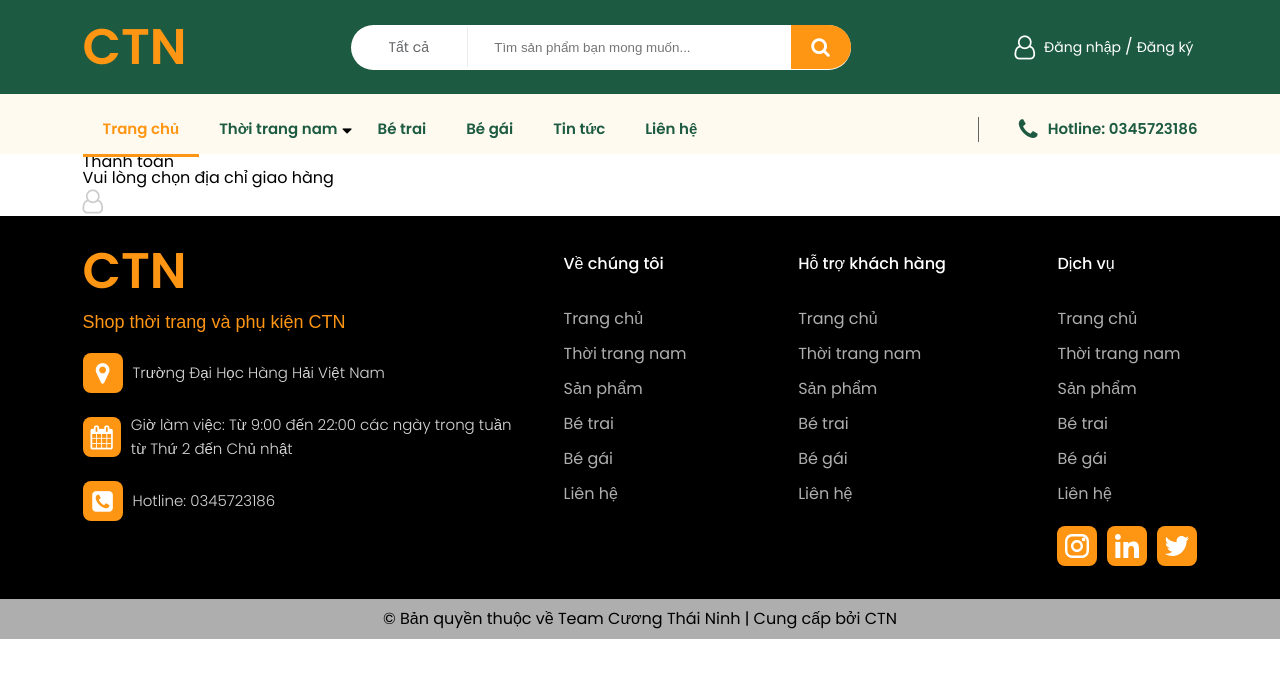
Repository: cuongchua2k2/BaiTapLon-web
Page: deliver.html
These files come from the project's save history. The page is drawn as it stood at one moment and after the next save; the edit follows.
The browser window is 1280 px wide. The pictures show the whole page.

Above is the page before, as saved 2023-12-23 13:38:08.
Console error: TypeError: Cannot read properties of null (reading 'style')

After the next save:
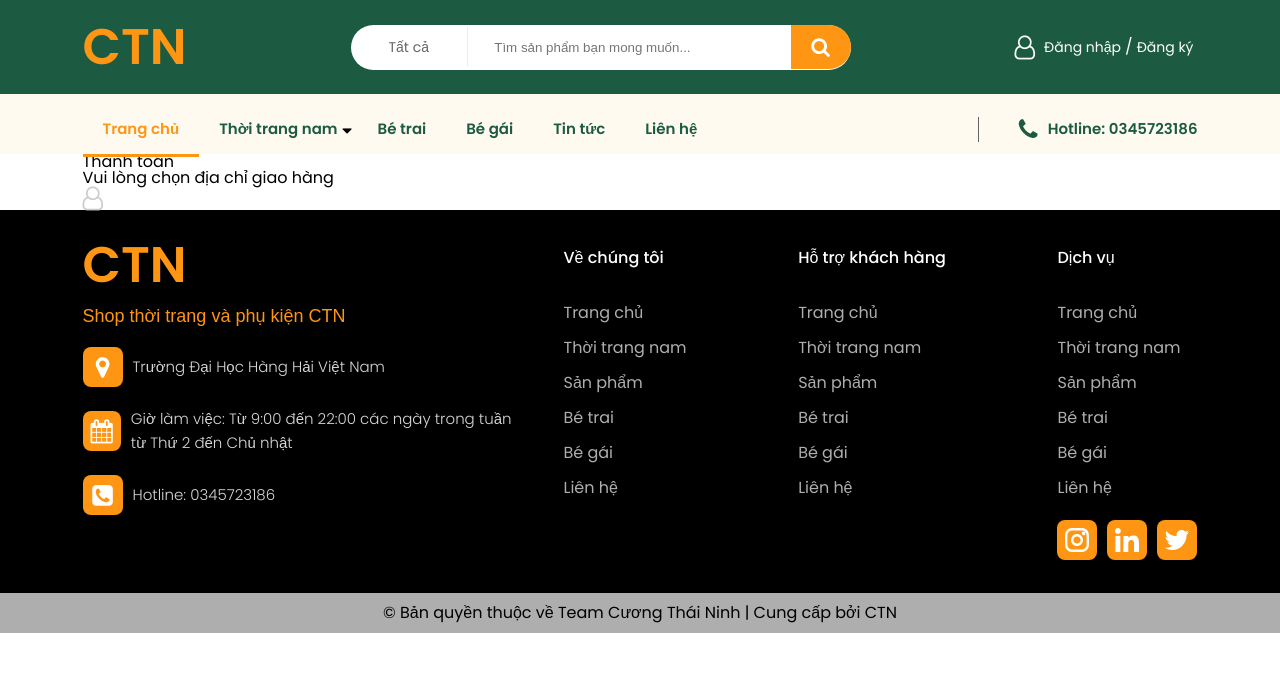
Saved 35 s later.
--- a/deliver.html
+++ b/deliver.html
@@ -109,7 +109,7 @@
                 class="fa fa-user-o"
                 style="font-size: 24px; color: #ccc; margin-right: 5px"
               ></i>
-              <a href="#!" class="btn btn-login">Đăng nhập</a>
+              <a href="#!" class="btn delivery__login">Đăng nhập</a>
             </div>
           </div>
           <!-- .delivery right -->
